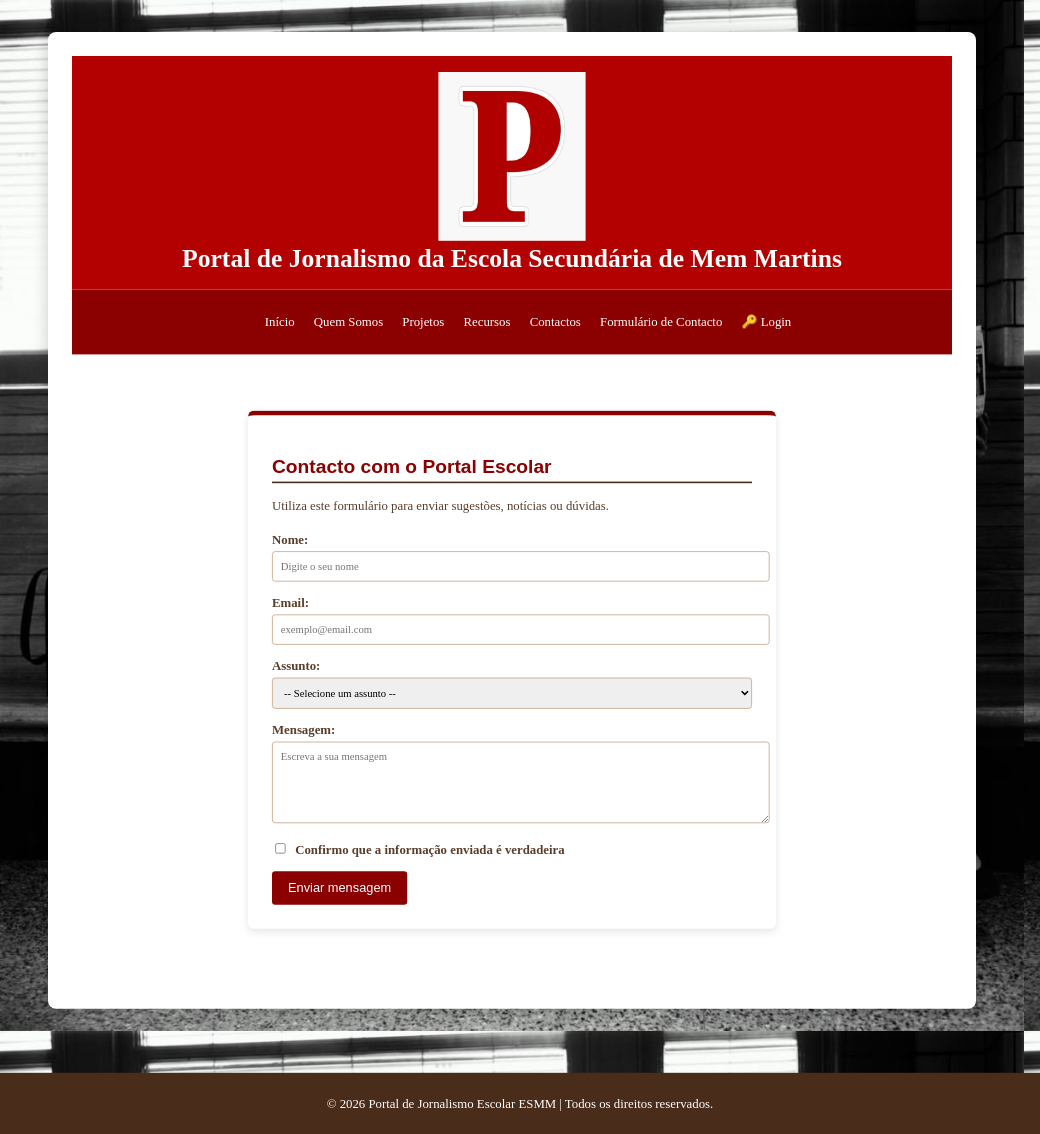
Repository: Sofiampsantos/Portal-de-Jornalismo-Escolar
Page: http://localhost/FormularioContacto/contato.jsp
These files come from the project's save history. The page is drawn as it stood at one moment and after the next save; the edit follows.
The browser window is 1280 px wide. The page is 1300 px wide, so the pictures cover 1300 px, including what lies to the right of the window. The pictures show the whole page, at 80% of full size.
Backgrounds fixed to the window are drawn as part of the page. Some web fonts or font styles are not loaded; a fallback is used. The page is served by Tomcat 10. Other server files are loaded and not shown.

Above is the page before, as saved 2026-05-24 16:37:24.
Console error: TypeError: Cannot set properties of null (setting 'innerText')

### ProjetoProgV2/FormularioContacto/src/main/webapp/contato.jsp
<%@ page language="java" contentType="text/html; charset=UTF-8" pageEncoding="UTF-8"%>
<!DOCTYPE html>
<html>
<head>
<meta charset="UTF-8">
<title>Portal de Jornalismo Escolar - ESMM - Formulário de Contacto</title>
<link rel="stylesheet" type="text/css" href="styles/estilo.css">
</head>
<body style="background-image: url('img/jornmulheres.jpg'); background-size: cover; background-repeat: no-repeat; background-attachment: fixed; background-position: center;">

<div class="container">

    <header id="topo">
        <img alt="Fotografia do Portal de Jornalismo Escolar"
             src="img/logoP.jpg" style="width: 184px; height: 211px;">
        <h1>Portal de Jornalismo da Escola Secundária de Mem Martins</h1>
    </header>

    <nav id="navegacao">
        <ul>
            <li><a href="index.jsp">Início</a></li>
            <li><a href="quem_somos.html">Quem Somos</a></li>
            <li><a href="projetos.html">Projetos</a></li>
            <li><a href="recursos.html">Recursos</a></li>
            <li><a href="contactos.html">Contactos</a></li>
            <li><a href="contato.jsp">Formulário de Contacto</a></li>

            <%
            if (session != null && session.getAttribute("utilizadorLogado") != null) {
            %>
                <li><a href="ListarContatosServlet" style="color: #ffcccc;">📁 Ver Contactos</a></li>
                <li><a href="ListarComentariosServlet" style="color: #ffcccc;">💬 Mural de Comentários</a></li>
                <li><a href="LogoutServlet" style="color: #ff9999;">✕ Sair</a></li>
            <%
            } else {
            %>
                <li><a href="login.jsp">🔑 Login</a></li>
            <%
            }
            %>
        </ul>
    </nav>

    <section id="conteudo">

        <form name="formulario" action="InserirContactoServlet" method="POST" onsubmit="return validarFormulario()">

            <h2>Contacto com o Portal Escolar</h2>
            <p>Utiliza este formulário para enviar sugestões, notícias ou dúvidas.</p>

            <label>Nome:</label><br>
            <input type="text" name="nome" placeholder="Digite o seu nome"><br><br>

            <label>Email:</label><br>
            <input type="email" name="email" placeholder="exemplo@email.com"><br><br>

            <label>Assunto:</label><br>
            <select name="assunto">
                <option value="">-- Selecione um assunto --</option>
                <option value="noticia">Sugestão de notícia</option>
                <option value="evento">Divulgação de evento</option>
                <option value="erro">Correção de informação</option>
                <option value="outro">Outro</option>
            </select><br><br>

            <label>Mensagem:</label><br>
            <textarea name="mensagem" rows="5" placeholder="Escreva a sua mensagem"></textarea><br><br>

            <input type="checkbox" name="aceitar">
            <label>Confirmo que a informação enviada é verdadeira</label><br><br>

            <input type="submit" value="Enviar mensagem" class="botao">

        </form>


        <%
        if (session != null && session.getAttribute("utilizadorLogado") != null) {
        %>
            <div style="margin-top: 25px; padding: 15px; background: rgba(255,255,255,0.1); border-left: 4px solid #ffcccc;">
                <p style="margin: 0 0 10px 0; font-weight: bold;">Painel de Administração:</p>
                <a href="ListarContatosServlet" class="botao" style="background-color: #4A90E2; text-decoration: none; display: inline-block; padding: 8px 15px; color: white; border-radius: 4px;">📁 Ver Lista de Mensagens Recebidas</a>
            </div>
        <%
        }
        %>

    </section>

</div>

<footer id="rodape">
    <p>&copy; 2026 Portal de Jornalismo Escolar ESMM | Todos os direitos reservados.</p>
</footer>

<script src="scripts/script.js"></script>

</body>
</html>

### ProjetoProgV2/FormularioContacto/src/main/webapp/styles/estilo.css
@charset "UTF-8";
@import url('https://fonts.googleapis.com/css2?family=League+Spartan:wght@400;600;700&display=swap');


/*ESTStyle GERAL*/

body {
	margin: 0;
    padding: 0;
    font-family: "Times New Roman", Times, serif;
    background-image: url("../img/jornmulheres.jpg");
    background-size: cover;
    background-position: center;
    background-repeat: no-repeat;
}



/*CONTAINER PRINCIPAL*/

.container {
    max-width: 1100px;
    margin: 40px auto;
    background-color: white;
    padding: 30px;
    border-radius: 10px;
    box-shadow: 0 0 20px rgba(0,0,0,0.2);
    animation: aparecer 0.8s ease-in-out;
}

#container {
    width: 100%;
    margin: 0 auto;
}


/*CABEÇALHO*/

#topo {
    background-color: #b30000;
    color: #ffffff;
    padding: 20px;
    text-align: center;
}

#topo h1 {
    margin: 0;
}

#topo p {
    margin-top: 5px;
}


/*NAVEGAÇÃO*/

nav {
    display: flex;
    justify-content: space-around;
    background-color: #8B0000;
    padding: 15px 0;
}

nav a {
    color: white;
    text-decoration: none;
    padding: 10px;
}

/* Links com linha animada */
.menu a {
    position: relative;
}

.menu a::after {
    content: "";
    position: absolute;
    width: 0%;
    height: 2px;
    bottom: -5px;
    left: 0;
    background-color: #ffffff;
    transition: width 0.3s ease;
}

.menu a:hover::after {
    width: 100%;
}

nav ul li {
    display: inline;
}


/*CONTEÚDO*/

#conteudo {
    padding: 30px;
}

section {
    animation: aparecer 2s ease-in;
}


/*TÍTULOS*/

h2 {
    color: #b30000;
    border-bottom: 2px solid #4a2c1a;
    padding-bottom: 5px;
    font-family: 'League Spartan', Arial, sans-serif;
}


/*TEXTO*/

p {
    line-height: 1.6;
}


/*LINKS*/

a {
    color: #b30000;
    text-decoration: none;
}

a:hover {
    text-decoration: underline;
}


/*IMAGENS*/

img {
    width: 300px;
    height: auto;
    gap: 10px;
}


/*ARTIGOS / CARDS*/

article {
    background: #ecf0f1;
    padding: 15px;
    transition: transform 0.3s;
}

article:hover {
    transform: scale(1.05);
}

.card {
    transition: transform 0.3s ease, box-shadow 0.3s ease;
}

.card:hover {
    transform: translateY(-5px);
    box-shadow: 0 6px 15px rgba(0,0,0,0.2);
}


/*TABELA RECURSOS*/

table {
    width: 90%;
    margin: 20px auto;
    border-collapse: collapse;
    background-color: #ffffff;
}

th {
    background-color: #b30000;
    color: #ffffff;
    padding: 10px;
    border: 1px solid #4a2c1a;
}

td {
    padding: 10px;
    border: 1px solid #4a2c1a;
    text-align: center;
}


/*TABELA QUEM SOMOS*/

.tabela-quem_somos {
    width: 60%;
    margin: 40px auto;
    border-collapse: collapse;
    background-color: white;
    box-shadow: 0 4px 10px rgba(0,0,0,0.2);
}

.tabela-quem_somos th {
    background-color: #8B0000;
    color: white;
    padding: 12px;
    font-size: 18px;
}

.tabela-quem_somos td {
    padding: 12px;
    border: 1px solid #a67c52;
    text-align: center;
}

.tabela-quem_somos tr:nth-child(even) {
    background-color: #f5f5f5;
}

.tabela-quem_somos tr:hover {
    background-color: #a67c52;
    color: white;
    transition: 0.3s;
}


/*FORMULÁRIO*/

form {
    max-width: 600px;
    margin: 40px auto;
    background-color: #ffffff;
    padding: 30px;
    border-radius: 8px;
    border-top: 6px solid #8B0000;
    box-shadow: 0 4px 10px rgba(0, 0, 0, 0.1);
    font-family: "Times New Roman", serif;
}

form h2 {
    font-family: 'League Spartan', sans-serif;
    color: #8B0000;
    margin-bottom: 10px;
}

form p {
    color: #5a3e2b;
    margin-bottom: 20px;
}

form label {
    font-weight: bold;
    color: #5a3e2b;
}

form input[type="text"],
form input[type="email"],
form select,
form textarea {
    width: 100%;
    padding: 10px;
    margin-top: 5px;
    border: 1px solid #c4a484;
    border-radius: 4px;
    font-family: "Times New Roman", serif;
}

form textarea {
    resize: vertical;
}

form input[type="checkbox"] {
    margin-right: 8px;
}

form input[type="submit"] {
    background-color: #8B0000;
    color: #ffffff;
    border: none;
    padding: 12px 20px;
    font-size: 16px;
    border-radius: 4px;
    cursor: pointer;
    font-family: 'League Spartan', sans-serif;
    transition: all 0.3s ease;
}

form input[type="submit"]:hover {
    background-color: #5a0000;
    transform: translateY(-3px);
    box-shadow: 0 5px 15px rgba(0,0,0,0.2);
}


/*CONTACTOS*/

.contactos-container {
    display: flex;
    justify-content: center;
    gap: 30px;
    flex-wrap: wrap;
    margin: 50px auto;
    width: 80%;
}

.card-contacto {
    background-color: white;
    border-left: 8px solid #8B0000;
    padding: 25px;
    width: 220px;
    box-shadow: 0 5px 15px rgba(0,0,0,0.2);
    transition: transform 0.3s ease;
}

.card-contacto h3 {
    color: #8B0000;
    margin-bottom: 10px;
}

.card-contacto p {
    color: #5a3e2b;
    font-family: "Times New Roman", serif;
}

.card-contacto:hover {
    transform: translateY(-8px);
}


/*RODAPÉ*/

#rodape {
    background-color: #4a2c1a;
    color: #ffffff;
    text-align: center;
    padding: 10px;
    margin-top: 40px;
    display: inline-block;
    min-width: 100%;
}


/*ANIMAÇÕES*/

@keyframes aparecer {
    from {
        opacity: 0;
        transform: translateY(20px);
    }
    to {
        opacity: 1;
        transform: translateY(0);
    }
}


.botao, button {
    transition: all 0.3s ease;
}

.botao:hover, button:hover {
    transform: translateY(-3px);
    box-shadow: 0 5px 15px rgba(0,0,0,0.2);
}

th a,
th a:link,
th a:visited,
th a:active {
    color: #ffffff !important;
    text-decoration: none !important;
}

th a:hover {
    text-decoration: underline !important;
    color: #ffffff !important;
}

.container form[action*="ListarContatosServlet"],
#conteudo form[action*="ListarContatosServlet"] {
    border-top: none !important;
    box-shadow: none !important;
    margin: 10px auto;
    padding: 10px 0;
    max-width: 100%;
}

### ProjetoProgV2/FormularioContacto/src/main/webapp/scripts/script.js
function mostrarMensagem() {
	alert("Estás no Portal de Jornalismo Escolar!");
}

function confirmarPortal() {
	var resposta = confirm("Tens uma notícia ou sugestão?");
	var paragrafo = document.getElementById("resposta");

	if (paragrafo) {
		if(resposta) {
			paragrafo.innerHTML = "Obrigado por contribuir para o Portal Escolar.";
		} else {
			paragrafo.innerHTML = "Talvez noutra altura!";
		}
	} else {
		alert("Erro: element <p id= 'resposta'> não encontrado");
	}
}

function validarFormulario(){
	var nome = document.formulario.nome.value;

	if (nome == "") {
		alert("Por favor, preenche o campo Nome.")
		return false;
}
		alert("Formulário enviado com sucesso!");
		return true;
}

function pedirNome(){
	var nome = prompt("Qual é o teu nome?");

	if (nome != nul && nome != "") {
		documente.getElementById("boasvindas").innerHTML =
		"Olá, " + nome + "! Bem-vindo ao Portal Escolar.";
	}
}

document.addEventListener("DOMContentLoaded", function (){
	document.getElementById("mensagem").innerText=
	"Site carregado com sucesso!";

});

/**`
*
*/

After the next save:
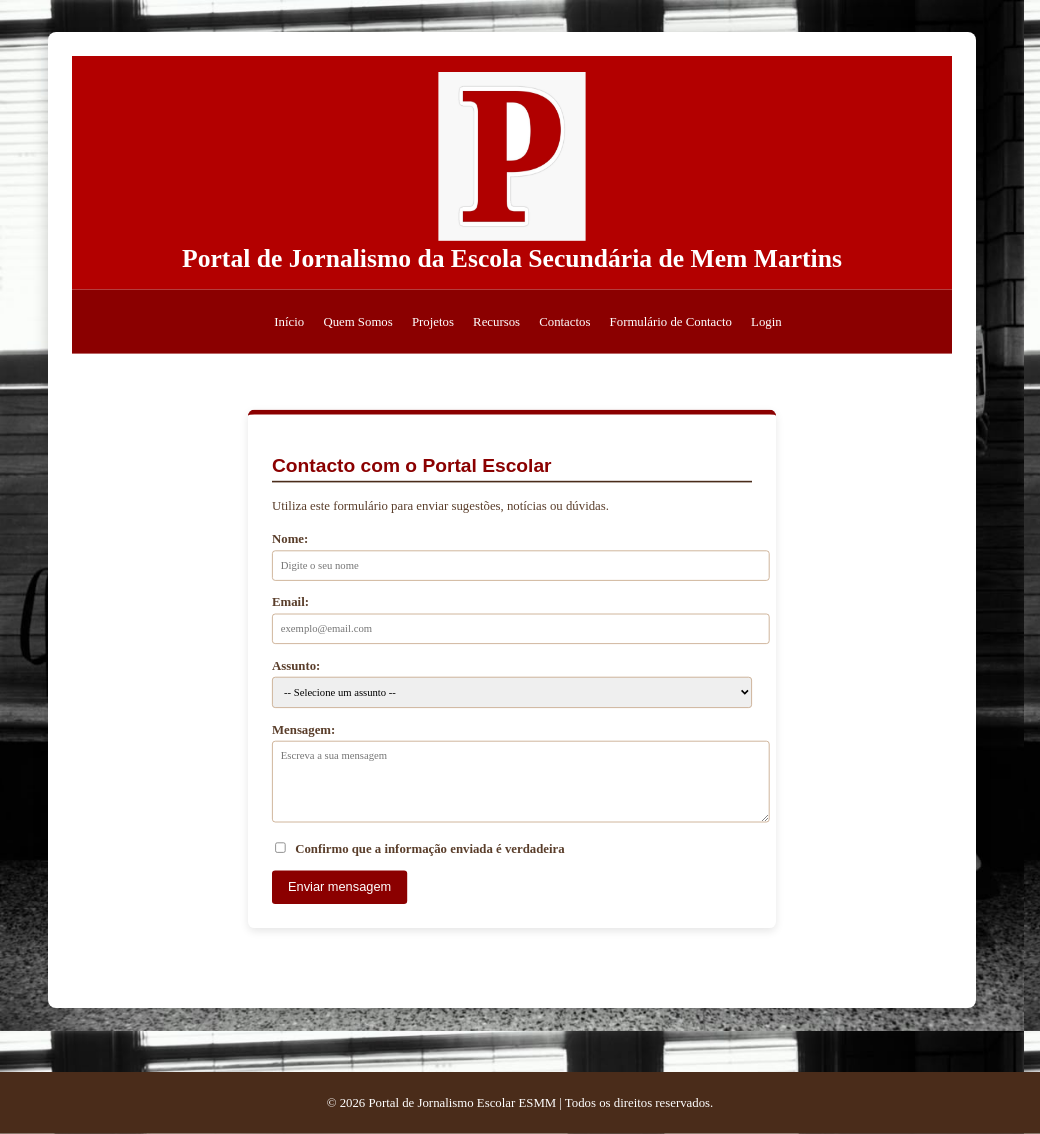
Saved 7 s later.
--- a/ProjetoProgV2/FormularioContacto/src/main/webapp/contato.jsp
+++ b/ProjetoProgV2/FormularioContacto/src/main/webapp/contato.jsp
@@ -34,7 +34,7 @@
             <%
             } else {
             %>
-                <li><a href="login.jsp">🔑 Login</a></li>
+                <li><a href="login.jsp">Login</a></li>
             <%
             }
             %>
